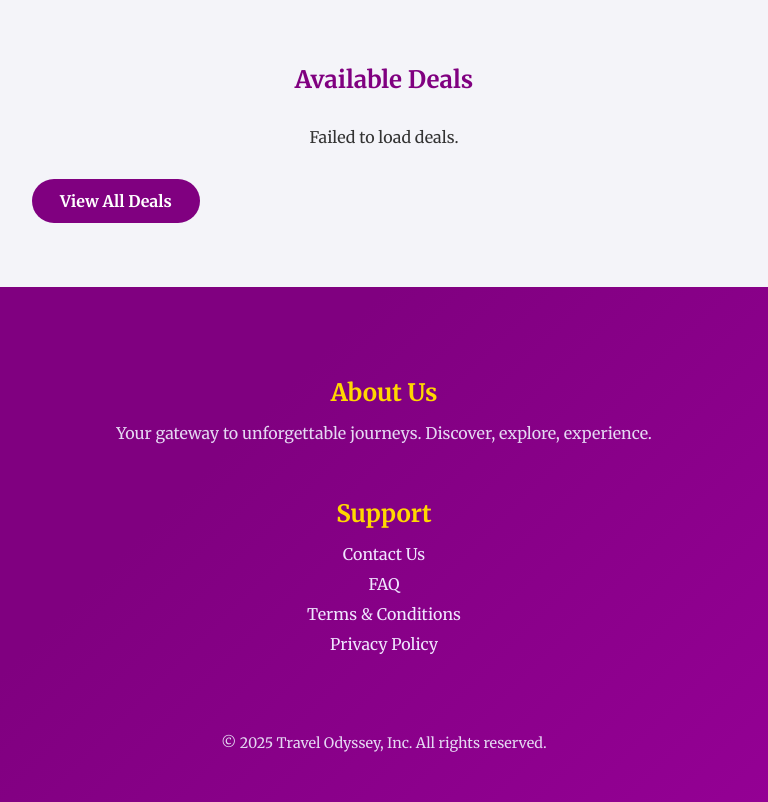
Repository: GHzPhoenix/Project-Odyssey
Page: Frontend/index.html
An editor plug-in stored every save of this project. The page is shown before and after the next save, followed by the edit.
The browser window is 768 px wide. The pictures show the part of the page from y = 784 to 1586 px (the page is 1586 px tall before and 1360 px after).
The page's requests for data from a server got no answer.

Above is the page before, as saved 2025-06-09 00:34:46.
Not found: Frontend/css/styles.css

### Frontend/index.html
<!DOCTYPE html>
<html lang="en">
  <head>
    <meta charset="UTF-8" />
    <meta name="viewport" content="width=device-width, initial-scale=1.0" />
    <title>Travel Odyssey</title>
    <link rel="stylesheet" href="/Frontend/css/styles.css" />
    <link rel="stylesheet" href="/Frontend/css/home.css" />
    <link rel="preconnect" href="https://fonts.googleapis.com" />
    <link rel="preconnect" href="https://fonts.gstatic.com" crossorigin />
    <link
      href="https://fonts.googleapis.com/css2?family=Merriweather:wght@300;400;700;900&display=swap"
      rel="stylesheet"
    />
  </head>
  <body>
    <header>
      <nav>
        <div class="logo">
          <img src="/Frontend/assets/your-logo.png" alt="Logo" />
          Travel Odyssey
        </div>
        <button
          class="menu-toggle"
          aria-label="Toggle navigation"
          onclick="toggleMenu()"
        >
          <div></div>
          <div></div>
          <div></div>
        </button>
        <ul class="nav-menu">
          <li><a href="index.html" class="active">Home</a></li>
          <li><a href="deals.html">Deals</a></li>
          <li class="dropdown-parent">
            <a href="#">Services ▼</a>
            <div class="dropdown">
              <a href="membership.html">Memberships</a>
              <a href="dream.html">Plan Your Trip</a>
              <a href="client-area.html">Client Area</a>
            </div>
          </li>
          <li><a href="contact.html">Contact</a></li>
          <li><a href="signup.html" class="signup-btn">Sign Up</a></li>
        </ul>
      </nav>
    </header>

    <main>
      <section class="hero">
        <div class="hero-content">
          <h1>Experience the World with Us</h1>
          <p>
            Discover bespoke journeys, exclusive deals, and unforgettable
            memories.
          </p>
          <div class="hero-buttons">
            <a href="deals.html" class="btn-primary">Browse Deals</a>
            <a href="membership.html" class="btn-outline">Join Membership</a>
          </div>
        </div>
      </section>

      <section class="preview-deals">
        <h2>Available Deals</h2>
        <div class="deals-container" id="home-deals"></div>
        <a href="deals.html" class="button-link">View All Deals</a>
      </section>
    </main>

    <footer class="footer">
      <div class="footer-container">
        <div class="footer-section">
          <h3>About Us</h3>
          <p>
            Your gateway to unforgettable journeys. Discover, explore,
            experience.
          </p>
        </div>
        <div class="footer-section">
          <h3>Support</h3>
          <ul>
            <li><a href="contact.html">Contact Us</a></li>
            <li><a href="faq.html">FAQ</a></li>
            <li><a href="terms.html">Terms & Conditions</a></li>
            <li><a href="privacy.html">Privacy Policy</a></li>
          </ul>
        </div>
      </div>
      <div class="footer-bottom">
        <p>© 2025 Travel Odyssey, Inc. All rights reserved.</p>
      </div>
    </footer>

    <script>
      function toggleMenu() {
        document.querySelector(".nav-menu").classList.toggle("active");
      }

      async function loadHomeDeals() {
        const container = document.getElementById("home-deals");
        container.innerHTML = "Loading…";
        try {
          const res = await fetch("http://127.0.0.1:5001/api/deals");
          if (!res.ok) throw new Error();
          const deals = await res.json();
          container.innerHTML = "";
          if (deals.length === 0) {
            container.innerHTML = "<p class='no-deals'>No deals available.</p>";
            return;
          }
          deals.slice(0, 3).forEach((deal) => {
            const card = document.createElement("div");
            card.className = "deal-card";
            const from = new Date(deal.start_date).toLocaleDateString();
            const to = new Date(deal.end_date).toLocaleDateString();
            card.innerHTML = `
              <img src="${deal.image_url}" alt="${deal.name}" />
              <div class="deal-card-body">
                <h3>${deal.name}</h3>
                <p>${from} – ${to}</p>
                <a href="client-area.html?deal=${deal.id}" class="card-button">Explore</a>
              </div>
            `;
            container.appendChild(card);
          });
        } catch {
          container.innerHTML = "<p class='no-deals'>Failed to load deals.</p>";
        }
      }

      document.addEventListener("DOMContentLoaded", loadHomeDeals);
    </script>
  </body>
</html>

### Frontend/css/home.css
@import url("https://fonts.googleapis.com/css2?family=Merriweather:wght@300;400;700;900&display=swap");

:root {
  --primary: purple;
  --primary-light: #947fff;
  --accent: #ff6f91;
  --text-dark: #333;
  --bg-light: #f4f4f9;
  --white: #fff;
}

* {
  box-sizing: border-box;
  margin: 0;
  padding: 0;
}

body {
  font-family: "Merriweather", serif;
  background: var(--bg-light);
  color: var(--text-dark);
  display: flex;
  flex-direction: column;
  min-height: 100vh;
}

h1,
h2,
h3 {
  font-weight: 700;
  color: var(--primary);
  text-align: center;
  margin-bottom: 1rem;
}

header {
  background: var(--primary);
}
header nav {
  display: flex;
  align-items: center;
  justify-content: space-between;
  padding: 1rem 2rem;
}
header .logo {
  display: flex;
  align-items: center;
  gap: 0.5rem;
  color: var(--white);
  font-size: 1.5rem;
}
header .logo img {
  height: 32px;
  width: 32px;
  object-fit: cover;
  border-radius: 50%;
}
header .menu-toggle {
  display: none;
  flex-direction: column;
  gap: 4px;
  cursor: pointer;
}
header .menu-toggle div {
  width: 28px;
  height: 3px;
  background: var(--white);
}
header .nav-menu {
  list-style: none;
  display: flex;
  gap: 1rem;
}
header .nav-menu li {
  position: relative;
}
header .nav-menu a {
  color: var(--white);
  text-decoration: none;
  padding: 0.5rem 1rem;
  background: var(--primary-light);
  border-radius: 4px;
  transition: background 0.3s;
}
header .nav-menu a.active,
header .nav-menu a:hover {
  background: var(--accent);
  color: yellow;
}
header .dropdown-parent:hover .dropdown {
  display: flex;
  opacity: 1;
  transform: translateY(0);
}
header .dropdown-parent .dropdown {
  display: none;
  position: absolute;
  top: 100%;
  left: 0;
  flex-direction: column;
  background: var(--white);
  border-radius: 4px;
  box-shadow: 0 4px 8px rgba(0, 0, 0, 0.15);
  opacity: 0;
  transform: translateY(10px);
  transition: opacity 0.3s, transform 0.3s;
  z-index: 100;
}
header .dropdown a {
  padding: 0.5rem 1rem;
  color: var(--text-dark);
  white-space: nowrap;
}

@media (max-width: 768px) {
  header .menu-toggle {
    display: flex;
  }
  header .nav-menu {
    position: absolute;
    top: 60px;
    left: 0;
    right: 0;
    background: var(--primary);
    flex-direction: column;
    display: none;
    padding: 1rem 0;
  }
  header .nav-menu.active {
    display: flex;
  }
  header .nav-menu li {
    text-align: center;
  }
  header .dropdown-parent .dropdown {
    position: static;
    background: var(--primary);
    box-shadow: none;
  }
  header .dropdown a {
    color: var(--white);
  }
}

.hero {
  position: relative;
  display: flex;
  align-items: center;
  justify-content: center;
  height: 90vh;
  min-height: 500px;
  background: linear-gradient(rgba(0, 0, 0, 0.4), rgba(0, 0, 0, 0.4)),
    url("/Frontend/assets/hero-bg.jpg") center/cover no-repeat;
  text-align: center;
  color: var(--white);
}
.hero::before {
  content: "";
  position: absolute;
  inset: 0;
  background: rgba(0, 0, 0, 0.2);
}
.hero-content {
  position: relative;
  z-index: 1;
  max-width: 800px;
  padding: 0 1rem;
}
.hero-content h1 {
  font-size: 3.5rem;
  line-height: 1.2;
  margin-bottom: 1rem;
  text-transform: uppercase;
  letter-spacing: 1px;
}
.hero-content p {
  font-size: 1.25rem;
  margin-bottom: 2rem;
  line-height: 1.6;
  color: #f0e6ff;
}
.hero-buttons {
  display: flex;
  gap: 1rem;
  flex-wrap: wrap;
  justify-content: center;
}
.hero-buttons a {
  display: inline-block;
  padding: 0.85rem 2rem;
  border-radius: 30px;
  font-size: 1rem;
  font-weight: 700;
  transition: transform 0.3s, box-shadow 0.3s, background 0.3s;
}
.btn-primary {
  background: var(--accent);
  color: var(--white);
}
.btn-primary:hover {
  background: #ff4a75;
}
.btn-outline {
  background: transparent;
  border: 2px solid var(--white);
  color: var(--white);
}
.btn-outline:hover {
  background: var(--white);
  color: var(--primary);
}

.features {
  padding: 4rem 2rem;
}
.features h2 {
  margin-bottom: 2rem;
}
.feature-cards {
  display: grid;
  grid-template-columns: repeat(auto-fit, minmax(240px, 1fr));
  gap: 2rem;
  max-width: 1000px;
  margin: 0 auto;
}
.feature-card {
  background: var(--white);
  padding: 2rem 1rem;
  border-radius: 12px;
  box-shadow: 0 4px 12px rgba(0, 0, 0, 0.1);
  text-align: center;
  transition: transform 0.3s;
}
.feature-card:hover {
  transform: translateY(-5px);
}
.feature-card img {
  width: 64px;
  height: 64px;
  margin-bottom: 1rem;
}
.feature-card h3 {
  margin-bottom: 0.5rem;
  font-size: 1.25rem;
}
.feature-card p {
  color: #555;
  font-size: 0.95rem;
  line-height: 1.4;
}

.preview-deals {
  padding: 4rem 2rem;
}
.preview-deals h2 {
  margin-bottom: 2rem;
}
.preview-deals .deals-container {
  display: flex;
  flex-wrap: wrap;
  gap: 1.5rem;
  justify-content: center;
}
.preview-deals .deal-card {
  background: var(--white);
  border-radius: 12px;
  box-shadow: 0 4px 10px rgba(0, 0, 0, 0.1);
  overflow: hidden;
  width: 280px;
  transition: transform 0.3s;
}
.preview-deals .deal-card:hover {
  transform: translateY(-6px);
}
.preview-deals img {
  width: 100%;
  height: 180px;
  object-fit: cover;
}
.preview-deals .deal-card-body {
  padding: 1rem;
}
.preview-deals .deal-card-body h3 {
  margin-bottom: 0.5rem;
  color: var(--primary);
}
.preview-deals .deal-card-body p {
  margin-bottom: 1rem;
  color: #666;
}
.preview-deals .card-button {
  display: inline-block;
  padding: 0.6rem 1.2rem;
  background: var(--primary);
  color: var(--white);
  border-radius: 20px;
  text-decoration: none;
  transition: background 0.3s;
}
.preview-deals .card-button:hover {
  background: var(--accent);
}
.preview-deals .button-link {
  display: inline-block;
  margin-top: 2rem;
  color: var(--primary-light);
  text-decoration: underline;
}

footer {
  background-color: purple;
  color: white;
  text-align: center;
  padding: 0%;
}

.footer {
  background: linear-gradient(
    135deg,
    rgb(128, 0, 128) 30%,
    rgb(148, 0, 148) 100%
  );
  color: white;
  padding: 50px 0;
  text-align: center;
  font-family: "Merriweather", serif;
}

.footer-container {
  display: flex;
  justify-content: space-between;
  flex-wrap: wrap;
  max-width: 1200px;
  margin: auto;
  padding: 20px;
}

.footer-section {
  flex: 1;
  min-width: 200px;
  margin: 20px;
  text-align: left;
}

.footer-section h3 {
  font-size: 1.5rem;
  margin-bottom: 15px;
  color: #ffd700;
}

.footer-section p {
  font-size: 1rem;
  color: #e5d8f3;
  margin-bottom: 15px;
}

.footer-section ul {
  list-style: none;
  padding: 0;
}

.footer-section ul li {
  margin: 10px 0;
}

.footer-section ul li a {
  color: #f0e6ff;
  text-decoration: none;
  transition: color 0.3s ease-in-out;
}

.footer-section ul li a:hover {
  color: #ffd700;
}
@media (max-width: 1024px) {
  .feature-cards,
  .preview-deals .deals-container {
    flex-direction: column;
    align-items: center;
  }
}

@media (max-width: 768px) {
  .hero-content h1 {
    font-size: 2.2rem;
  }
  .hero-content p {
    font-size: 1rem;
  }
  .hero-buttons a {
    padding: 0.75rem 1.5rem;
    font-size: 0.95rem;
  }
}
.preview-deals .button-link {
  display: inline-block;
  margin-top: 2rem;
  padding: 0.75rem 1.75rem;
  background: var(--primary);
  color: var(--white);
  border-radius: 30px;
  font-weight: 700;
  text-decoration: none;
  transition: background 0.3s, transform 0.2s;
  justify-content: center;
  align-self: center;
}

.preview-deals .button-link:hover {
  background: var(--accent);
  transform: translateY(-2px);
}
.footer-bottom {
  margin-top: 30px;
  font-size: 0.9rem;
  color: #e5d8f3;
}

@media (max-width: 768px) {
  .footer-container {
    flex-direction: column;
    align-items: center;
  }
  .footer-section {
    text-align: center;
  }
}

After the next save:
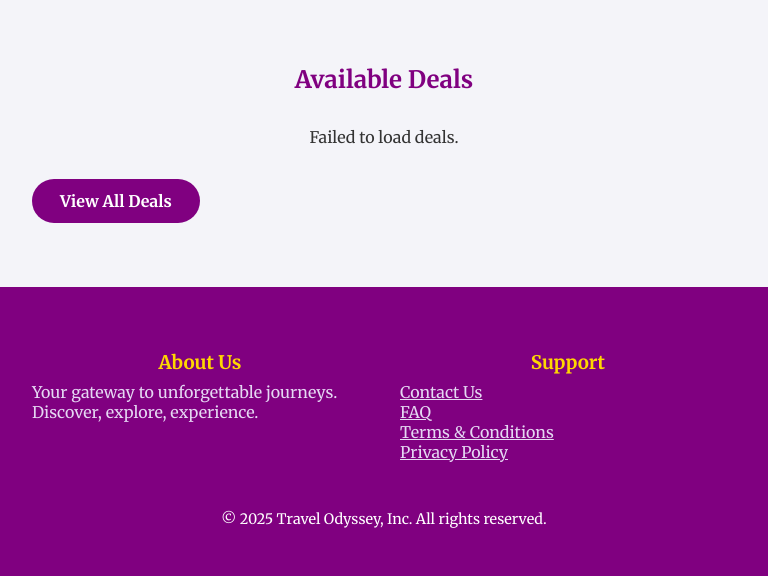
Saved 11 s later.
--- a/Frontend/css/home.css
+++ b/Frontend/css/home.css
@@ -307,71 +307,40 @@ header .dropdown a {
   text-decoration: underline;
 }
 
-footer {
-  background-color: purple;
-  color: white;
-  text-align: center;
-  padding: 0%;
-}
-
 .footer {
-  background: linear-gradient(
-    135deg,
-    rgb(128, 0, 128) 30%,
-    rgb(148, 0, 148) 100%
-  );
-  color: white;
-  padding: 50px 0;
-  text-align: center;
-  font-family: "Merriweather", serif;
-}
-
+  background: var(--primary);
+  color: var(--white);
+  padding: 3rem 1rem;
+}
 .footer-container {
   display: flex;
+  flex-wrap: wrap;
   justify-content: space-between;
-  flex-wrap: wrap;
-  max-width: 1200px;
-  margin: auto;
-  padding: 20px;
-}
-
+  max-width: 1000px;
+  margin: 0 auto;
+}
 .footer-section {
   flex: 1;
   min-width: 200px;
-  margin: 20px;
-  text-align: left;
-}
-
+  margin: 1rem;
+}
 .footer-section h3 {
-  font-size: 1.5rem;
-  margin-bottom: 15px;
+  margin-bottom: 0.5rem;
   color: #ffd700;
 }
-
-.footer-section p {
-  font-size: 1rem;
+.footer-section p,
+.footer-section ul li a {
   color: #e5d8f3;
-  margin-bottom: 15px;
-}
-
+}
 .footer-section ul {
   list-style: none;
-  padding: 0;
-}
-
-.footer-section ul li {
-  margin: 10px 0;
-}
-
-.footer-section ul li a {
-  color: #f0e6ff;
-  text-decoration: none;
-  transition: color 0.3s ease-in-out;
-}
-
-.footer-section ul li a:hover {
-  color: #ffd700;
-}
+}
+.footer-bottom {
+  text-align: center;
+  margin-top: 2rem;
+  font-size: 0.9rem;
+}
+
 @media (max-width: 1024px) {
   .feature-cards,
   .preview-deals .deals-container {
@@ -403,25 +372,9 @@ footer {
   text-decoration: none;
   transition: background 0.3s, transform 0.2s;
   justify-content: center;
-  align-self: center;
 }
 
 .preview-deals .button-link:hover {
   background: var(--accent);
   transform: translateY(-2px);
 }
-.footer-bottom {
-  margin-top: 30px;
-  font-size: 0.9rem;
-  color: #e5d8f3;
-}
-
-@media (max-width: 768px) {
-  .footer-container {
-    flex-direction: column;
-    align-items: center;
-  }
-  .footer-section {
-    text-align: center;
-  }
-}
